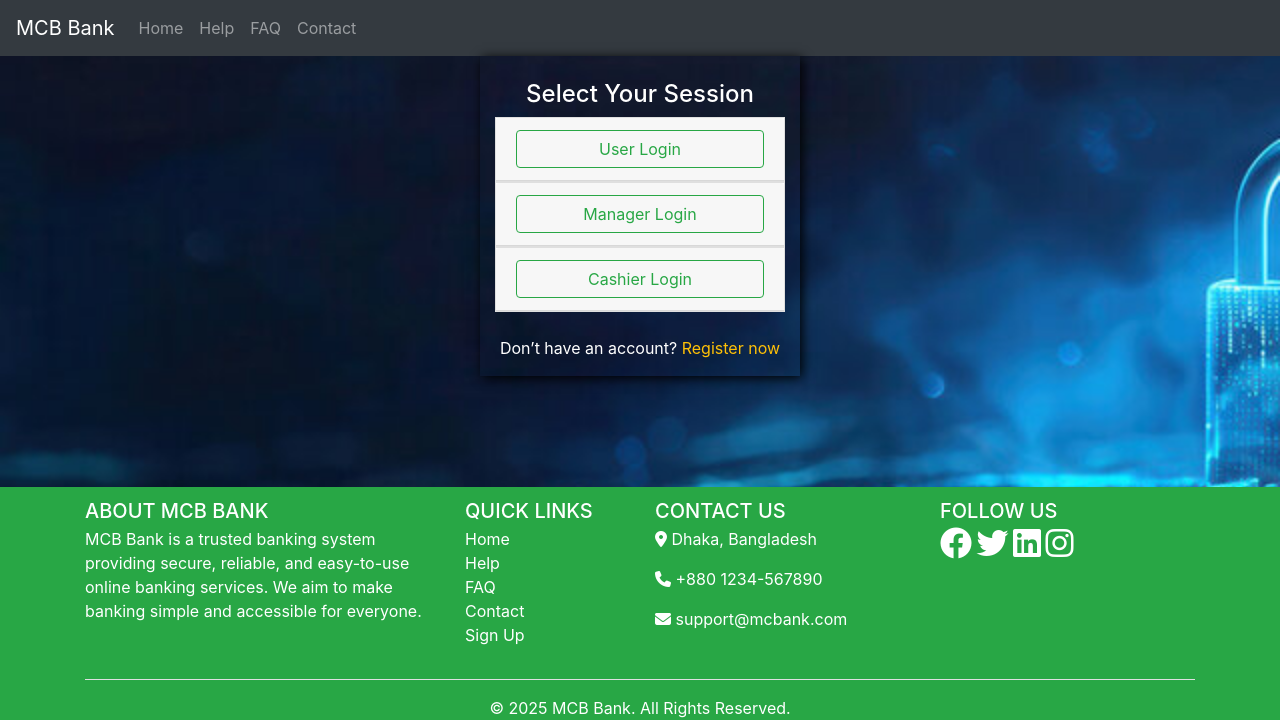
Repository: mhbshimla/my-bank
Page: http://localhost/login.php
These files come from the project's save history. The page is drawn as it stood at one moment and after the next save; the edit follows.
The browser window is 1280 px wide. The pictures show the whole page.
The page is run by PHP 8.4 with error messages shown; the project is at /var/www/html/.

Above is the page before, as saved 2025-10-06 23:25:49.

### login.php
<!DOCTYPE html>
<html>
<head>
	<title>Banking</title>
	<?php require 'assets/autoloader.php'; ?>
	<?php require 'assets/function.php'; ?>
	<?php
    $con = new mysqli('localhost','root','','mybank');
    define('bankName', 'MCB Bank');

		$error = "";
		if (isset($_POST['userLogin']))
		{
  			$user = $_POST['email'];
		    $pass = $_POST['password'];
		    $result = $con->query("select * from userAccounts where email='$user' AND password='$pass'");
		    if($result->num_rows>0)
		    {
		      session_start();
		      $data = $result->fetch_assoc();
		      $_SESSION['userId']=$data['id'];
		      $_SESSION['user'] = $data;
		      header('location:index.php');
		     }
		    else
		    {
		      $error = "<div class='alert alert-warning text-center rounded-0'>Username or password wrong try again!</div>";
		    }
		}

		if (isset($_POST['cashierLogin']))
		{
  			$user = $_POST['email'];
		    $pass = $_POST['password'];
		    $result = $con->query("select * from login where email='$user' AND password='$pass'");
		    if($result->num_rows>0)
		    {
		      session_start();
		      $data = $result->fetch_assoc();
		      $_SESSION['cashId']=$data['id'];
		      header('location:cindex.php');
		     }
		    else
		    {
		      $error = "<div class='alert alert-warning text-center rounded-0'>Username or password wrong try again!</div>";
		    }
		}

		if (isset($_POST['managerLogin']))
		{
  			$user = $_POST['email'];
		    $pass = $_POST['password'];
		    $result = $con->query("select * from login where email='$user' AND password='$pass' AND type='manager'");
		    if($result->num_rows>0)
		    {
		      session_start();
		      $data = $result->fetch_assoc();
		      $_SESSION['managerId']=$data['id'];
		      header('location:mindex.php');
		     }
		    else
		    {
		      $error = "<div class='alert alert-warning text-center rounded-0'>Username or password wrong try again!</div>";
		    }
		}
	 ?>
</head>

<!-- <body style="background: url(images/bg-login2.jpg); background-size: cover; min-height:100vh; display:flex; flex-direction:column;"> -->
<body style="background: url(images/bg-login4.jpg); background-size: cover; min-height:100vh; display:flex; flex-direction:column;">

<nav class="navbar navbar-expand-lg navbar-dark bg-dark">
  <a class="navbar-brand" href="index.php">MCB Bank</a>
  <button class="navbar-toggler" type="button" data-toggle="collapse" data-target="#navbarNav" aria-controls="navbarNav" aria-expanded="false" aria-label="Toggle navigation">
    <span class="navbar-toggler-icon"></span>
  </button>

  <div class="collapse navbar-collapse" id="navbarNav">
    <ul class="navbar-nav mr-auto">
      <li class="nav-item"><a class="nav-link" href="home.php">Home</a></li>
      <!-- <li class="nav-item"><a class="nav-link" href="aboutourbank.php">About Our Bank</a></li> -->
      <li class="nav-item"><a class="nav-link" href="help.php">Help</a></li>
      <li class="nav-item"><a class="nav-link" href="faq.php">FAQ</a></li>
      <li class="nav-item"><a class="nav-link" href="contact.php">Contact</a></li>
    </ul>
    <ul class="navbar-nav">
      <!-- <li class="nav-item"><a class="btn btn-outline-light mr-2" href="login.php">Login</a></li> -->
      <!-- <li class="nav-item"><a class="btn btn-success" href="signup.php">Register Now</a></li> -->
    </ul>
  </div>
</nav>


<?php echo $error ?>

<!-- <main class="flex-fill d-flex justify-content-end align-items-center"> -->
  <main class="flex-fill d-flex justify-content-center align-items-center">
  <!-- <div id="accordion" role="tablist" class="w-25 shadowBlack me-5"> -->
	<!-- <div id="accordion" role="tablist" class="w-25 float-right shadowBlack" style="margin-right: 222px"> -->
	<div id="accordion" role="tablist" class="col-12 col-sm-8 col-md-6 col-lg-4 col-xl-3 shadowBlack me-lg-5">
  	<br><h4 class="text-center text-white">Select Your Session</h4>
    <div class="card rounded-0">
      <div class="card-header" role="tab" id="headingOne">
        <h5 class="mb-0">
          <a style="text-decoration: none;" data-toggle="collapse" href="#collapseOne" aria-expanded="true" aria-controls="collapseOne">
           <button class="btn btn-outline-success btn-block">User Login</button>
          </a>
        </h5>
      </div>
      <div id="collapseOne" class="collapse" role="tabpanel" aria-labelledby="headingOne" data-parent="#accordion">
        <div class="card-body">
         <form method="POST">
         	<input type="email" value="some2@gmail.com" name="email" class="form-control" required placeholder="Enter Email">
         	<input type="password" name="password" value="some2" class="form-control" required placeholder="Enter Password">
         	<button type="submit" class="btn btn-primary btn-block btn-sm my-1" name="userLogin">Enter </button>
         </form>
        </div>
      </div>
    </div>

    <div class="card rounded-0">
      <div class="card-header" role="tab" id="headingTwo">
        <h5 class="mb-0">
          <a class="collapsed btn btn-outline-success btn-block" data-toggle="collapse" href="#collapseTwo" aria-expanded="false" aria-controls="collapseTwo">
            Manager Login
          </a>
        </h5>
      </div>
      <div id="collapseTwo" class="collapse" role="tabpanel" aria-labelledby="headingTwo" data-parent="#accordion">
        <div class="card-body">
           <form method="POST">
         	<input type="email" value="manager@manager.com" name="email" class="form-control" required placeholder="Enter Email">
         	<input type="password" name="password" value="manager" class="form-control" required placeholder="Enter Password">
         	<button type="submit" class="btn btn-primary btn-block btn-sm my-1" name="managerLogin">Enter </button>
         </form>
        </div>
      </div>
    </div>

    <div class="card rounded-0">
      <div class="card-header" role="tab" id="headingThree">
        <h5 class="mb-0">
          <a class="collapsed btn btn-outline-success btn-block" data-toggle="collapse" href="#collapseThree" aria-expanded="false" aria-controls="collapseThree">
           Cashier Login
          </a>
        </h5>
      </div>
      <div id="collapseThree" class="collapse" role="tabpanel" aria-labelledby="headingThree" data-parent="#accordion">
        <div class="card-body">
          <form method="POST">
         	<input type="email" value="cashier@cashier.com" name="email" class="form-control" required placeholder="Enter Email">
         	<input type="password" name="password" value="cashier" class="form-control" required placeholder="Enter Password">
         	<button type="submit"  class="btn btn-primary btn-block btn-sm my-1" name="cashierLogin">Enter </button>
         </form>
        </div>
      </div>
    </div>
    <!-- Register Prompt -->
    <div class="text-center mt-4 mb-3">
       <p class="text-white">Don’t have an account? <a href="signup.php" class="text-warning font-weight-normal">Register now</a></p>
        <!-- <a href="signup.php" style="color: skyblue; font-weight: normal;">Register now</a> -->
       <!-- <p class="mt-3 text-white">Don’t have an account? <a href="signup.php">Register now</a></p> -->
    </div>
  </div>
</main>

<!-- <footer class="bg-success text-white pt-5 pb-3 mt-auto"> -->
  <footer class="bg-success text-white pt-1 mt-auto" style="background-color: #146c43;">
  <div class="container">
    <div class="row">

      <!-- About Section -->
      <div class="col-md-4 text-sm">
        <h5 class="text-uppercase mb-1 mt-2">About <?php echo bankName; ?></h5>
        <p class="text-sm">
          <?php echo bankName; ?> is a trusted banking system providing secure,
          reliable, and easy-to-use online banking services. We aim to make
          banking simple and accessible for everyone.
        </p>
      </div>

      <!-- Quick Links -->
      <div class="col-md-2 text-sm">
        <h5 class="text-uppercase mb-1 mt-2">Quick Links</h5>
        <ul class="list-unstyled">
          <li><a href="home.php" class="text-white text-decoration-none">Home</a></li>
          <li><a href="help.php" class="text-white text-decoration-none">Help</a></li>
          <li><a href="faq.php" class="text-white text-decoration-none">FAQ</a></li>
          <li><a href="contact.php" class="text-white text-decoration-none">Contact</a></li>
          <li><a href="signup.php" class="text-white text-decoration-none">Sign Up</a></li>
        </ul>
      </div>

      <!-- Contact Info -->
      <div class="col-md-3 text-sm">
        <h5 class="text-uppercase mb-1 mt-2">Contact Us</h5>
        <p><i class="fas fa-map-marker-alt"></i> Dhaka, Bangladesh</p>
        <p><i class="fas fa-phone"></i> +880 1234-567890</p>
        <p><i class="fas fa-envelope"></i> support@mcbank.com</p>
      </div>

      <!-- Social Media -->
      <div class="col-md-3 text-sm">
        <h5 class="text-uppercase mb-1 mt-2">Follow Us</h5>
        <a href="#" class="text-white me-3"><i class="fab fa-facebook fa-2x"></i></a>
        <a href="#" class="text-white me-3"><i class="fab fa-twitter fa-2x"></i></a>
        <a href="#" class="text-white me-3"><i class="fab fa-linkedin fa-2x"></i></a>
        <a href="#" class="text-white"><i class="fab fa-instagram fa-2x"></i></a>
      </div>

    </div>
    <hr class="bg-light">
    <div class="text-center">
      &copy; <?php echo date("Y"); ?> <?php echo bankName; ?>. All Rights Reserved.
    </div>
  </div>
</footer>

<!-- Font Awesome for icons -->
<!-- <script src="https://kit.fontawesome.com/a076d05399.js" crossorigin="anonymous"></script> -->
<link rel="stylesheet" href="https://cdnjs.cloudflare.com/ajax/libs/font-awesome/6.4.0/css/all.min.css">

</body>
</html>

### assets/autoloader.php

<link rel="stylesheet" type="text/css" href="css/bootstrap.min.css">
<link rel="stylesheet" type="text/css" href="css/custom.css">
<link rel="stylesheet" type="text/css" href="font-awesome/css/font-awesome.min.css">
<script src='js/jquery-3.2.1.min.js'></script>
<script src='js/popper.min.js'></script>
<script src='js/bootstrap.min.js'></script>

### assets/function.php
<?php
function setBalance($amount,$process,$accountNo)
{
	$con = new mysqli('localhost','root','','mybank');
	$array = $con->query("select * from userAccounts where accountNo='$accountNo'");
	$row = $array->fetch_assoc();
	if ($process == 'credit')
	{
		$balance = $row['balance'] + $amount;
		return $con->query("update userAccounts set balance = '$balance' where accountNo = '$accountNo'");
	}else
	{
		$balance = $row['balance'] - $amount;
		return $con->query("update userAccounts set balance = '$balance' where accountNo = '$accountNo'");
	}
}
function setOtherBalance($amount,$process,$accountNo)
{
	$con = new mysqli('localhost','root','','mybank');
	$array = $con->query("select * from otheraccounts where accountNo='$accountNo'");
	$row = $array->fetch_assoc();
	if ($process == 'credit')
	{
		$balance = $row['balance'] + $amount;
		return $con->query("update otheraccounts set balance = '$balance' where accountNo = '$accountNo'");
	}else
	{
		$balance = $row['balance'] - $amount;
		return $con->query("update otheraccounts set balance = '$balance' where accountNo = '$accountNo'");
	}
}
function makeTransaction($action,$amount,$other)
{
	$con = new mysqli('localhost','root','','mybank');
	if ($action == 'transfer')
	{
		return $con->query("insert into transaction (action,debit,other,userId) values ('transfer','$amount','$other','$_SESSION[userId]')");
	}
	if ($action == 'withdraw')
	{
		return $con->query("insert into transaction (action,debit,other,userId) values ('withdraw','$amount','$other','$_SESSION[userId]')");

	}
	if ($action == 'deposit')
	{
		return $con->query("insert into transaction (action,credit,other,userId) values ('deposit','$amount','$other','$_SESSION[userId]')");

	}
}
function makeTransactionCashier($action,$amount,$other,$userId)
{
	$con = new mysqli('localhost','root','','mybank');
	if ($action == 'transfer')
	{
		return $con->query("insert into transaction (action,debit,other,userId) values ('transfer','$amount','$other','$userId')");
	}
	if ($action == 'withdraw')
	{
		return $con->query("insert into transaction (action,debit,other,userId) values ('withdraw','$amount','$other','$userId')");

	}
	if ($action == 'deposit')
	{
		return $con->query("insert into transaction (action,credit,other,userId) values ('deposit','$amount','$other','$userId')");

	}
}
 ?>

### css/custom.css
.omit1{background: rgba(0,0,0,0.1);}
.omit2{background: rgba(0,0,0,0.2);}
.omit3{background: rgba(0,0,0,0.3);}
.omit4{background: rgba(0,0,0,0.4);}
.omit5{background: rgba(0,0,0,0.5);}
.omit6{background: rgba(0,0,0,0.6);}
.omit7{background: rgba(0,0,0,0.7);}
.omit8{background: rgba(0,0,0,0.8);}
.omit9{background: rgba(0,0,0,0.9);}

.shadowBlack{box-shadow: 2px 2px 11px black}
.shadowGreen{box-shadow: 2px 2px 11px green}
.shadowBlue{box-shadow: 2px 2px 11px blue}
.shadowWhite{box-shadow: 2px 2px 11px white}

Loaded but not shown: css/bootstrap.min.css (library); font-awesome/css/font-awesome.min.css (library); js/jquery-3.2.1.min.js (library); js/popper.min.js (library); js/bootstrap.min.js (library)

After the next save:
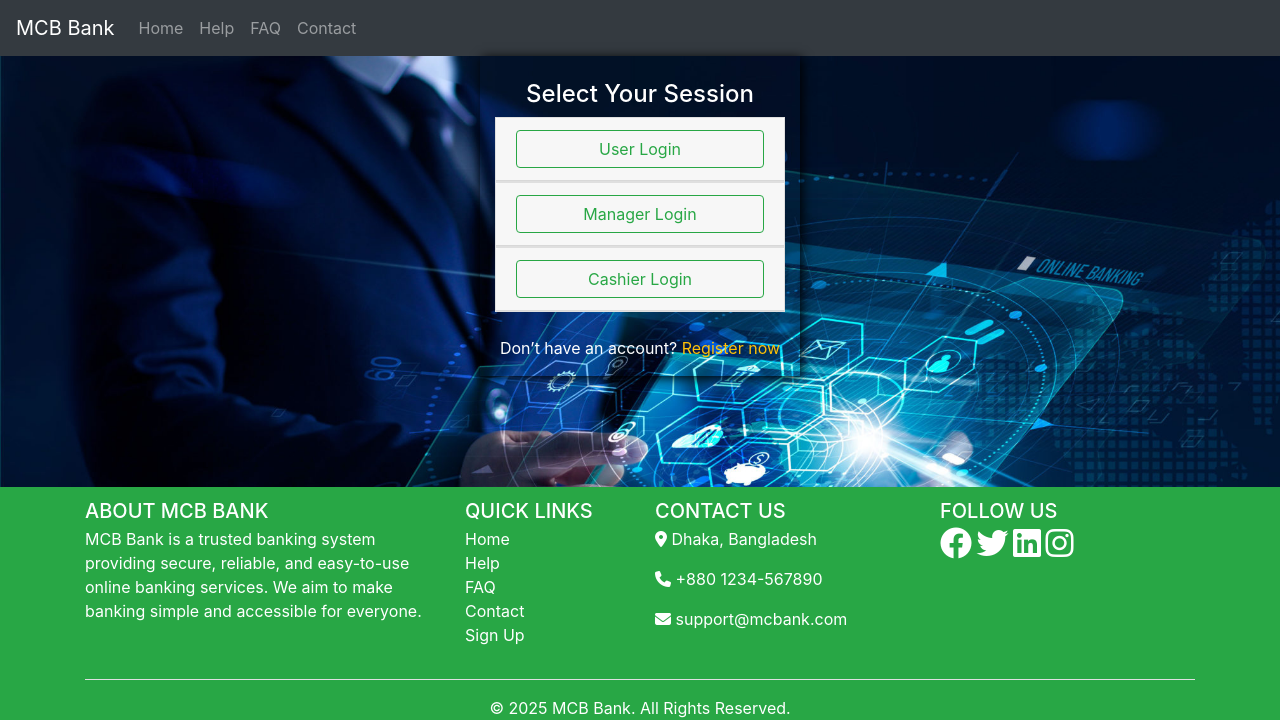
Saved 117 s later.
--- a/login.php
+++ b/login.php
@@ -67,7 +67,7 @@
 </head>
 
 <!-- <body style="background: url(images/bg-login2.jpg); background-size: cover; min-height:100vh; display:flex; flex-direction:column;"> -->
-<body style="background: url(images/bg-login4.jpg); background-size: cover; min-height:100vh; display:flex; flex-direction:column;">
+<body style="background: url(images/bg-login5.jpg); background-size: cover; min-height:100vh; display:flex; flex-direction:column;">
 
 <nav class="navbar navbar-expand-lg navbar-dark bg-dark">
   <a class="navbar-brand" href="index.php">MCB Bank</a>
